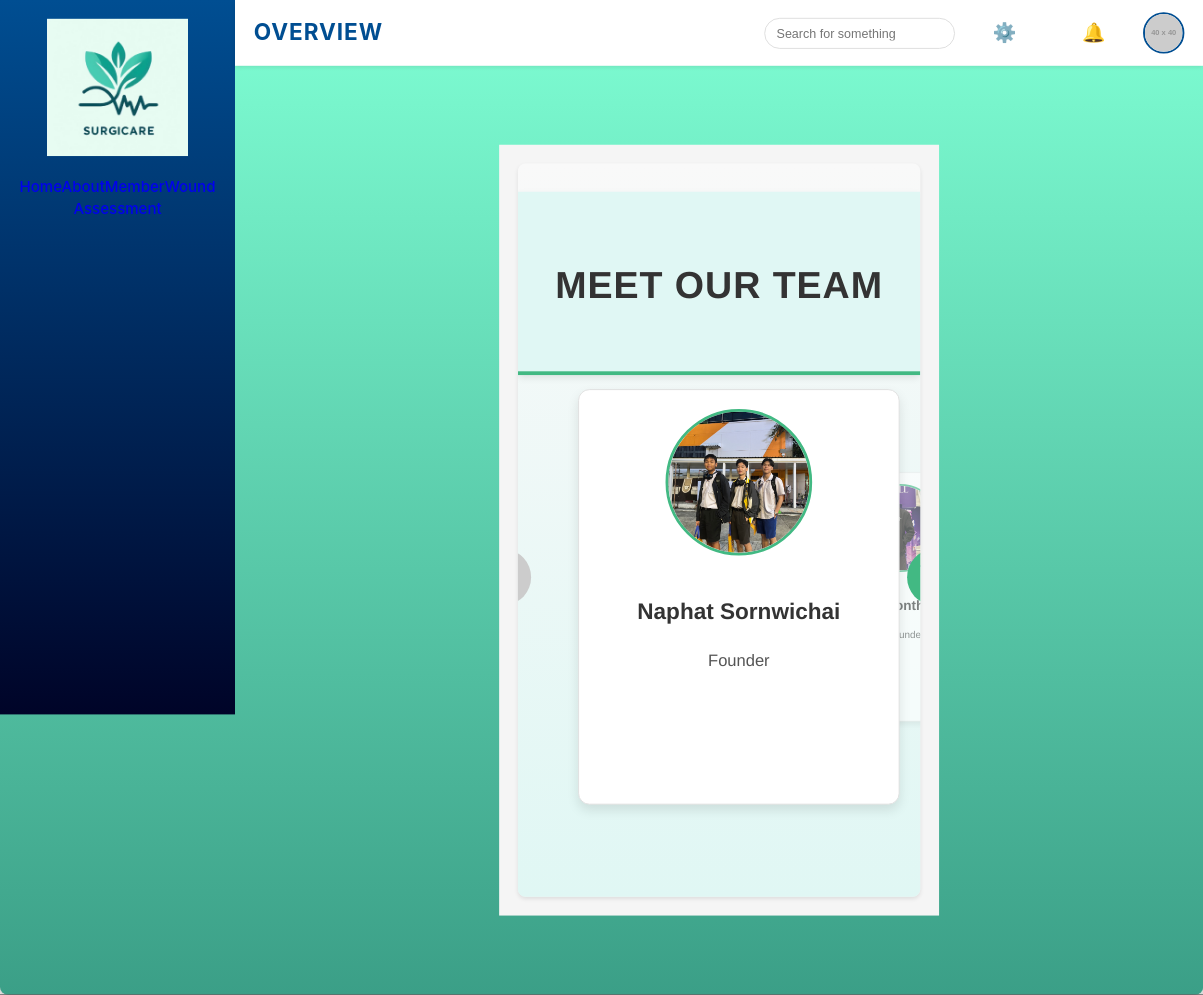
Repository: Jinwoo290350/Surgicare-Vue
Page: /member (app in surgicare/)
An editor plug-in stored every save of this project. The page is shown before and after the next save, followed by the edit.
The browser window is 1280 px wide. The pictures show the whole page, at 94% of full size.
The project was rebuilt for these pictures with package versions that can differ from the ones it lists, and the page was loaded fresh each time. Also part of the build but not shown: surgicare/vite.config.js, surgicare/src/views/Home.vue, surgicare/src/views/About.vue, surgicare/src/components/WoundAssessment.vue.

Above is the page before, as saved 2024-12-30 15:21:46.
Console error: TypeError: Cannot read properties of null (reading 'getContext')

### surgicare/index.html
<!doctype html>
<html lang="en">
  <head>
    <meta charset="UTF-8" />
    <link rel="icon" type="image/svg+xml" href="/vite.svg" />
    <meta name="viewport" content="width=device-width, initial-scale=1.0" />
    <title>Vite + Vue</title>
  </head>
  <body>
    <div id="app"></div>
    <script type="module" src="/src/main.js"></script>
  </script>
  <link href="https://fonts.googleapis.com/css2?family=Roboto:wght@400;500;700&display=swap" rel="stylesheet">

  <script type="text/javascript" src="./src/star.js"></script>
  </body>
</html>

### surgicare/src/main.js
import { createApp } from 'vue'
import './style.css'
import App from './App.vue'
import router from "./router";

createApp(App).use(router).mount("#app");

### surgicare/src/style.css
:root {
  font-family: Inter, system-ui, Avenir, Helvetica, Arial, sans-serif;
  line-height: 1.5;
  font-weight: 400;
  color-scheme: light dark;
  color: rgba(255, 255, 255, 0.87);
  background-color: #242424;
  font-synthesis: none;
  text-rendering: optimizeLegibility;
  -webkit-font-smoothing: antialiased;
  -moz-osx-font-smoothing: grayscale;
}

a {
  font-weight: 500;
  text-decoration: none;
  transition: color 0.3s ease-in-out;
}
a:hover {
  color: #535bf2; /* Blue hover effect */
}

body {
  margin: 0;
  display: flex;
  flex-direction: column;
  align-items: center;
  justify-content: center;
  min-width: 320px;
  min-height: 100vh;
  padding: 20px;
  background-color: #1f2d29;
  background-image: linear-gradient(to top, #3b9f87, #7fffd4);
  background-repeat: no-repeat;
  border-radius: 8px;
  box-shadow: 0 6px 12px rgba(0, 0, 0, 0.3);
}

h1 {
  font-size: 3em;
  line-height: 1.1;
  color: #fff;
  text-transform: uppercase;
  letter-spacing: 1px;
  margin-bottom: 0.5em;
  transition: transform 0.3s ease-in-out;
}
h1:hover {
  transform: scale(1.05); /* Slight hover effect */
}

button {
  border-radius: 8px;
  border: 1px solid transparent;
  padding: 0.8em 1.5em;
  font-size: 1em;
  font-weight: 500;
  background-color: #333;
  color: #fff;
  cursor: pointer;
  transition: all 0.3s ease;
}
button:hover {
  border-color: #646cff;
  background-color: #444;
  transform: translateY(-2px); /* Lift on hover */
}
button:focus,
button:focus-visible {
  outline: 4px auto -webkit-focus-ring-color;
}

.card {
  padding: 2em;
  background-color: #2a2a2a;
  border-radius: 12px;
  box-shadow: 0 4px 10px rgba(0, 0, 0, 0.4);
  transition: transform 0.3s ease;
}
.card:hover {
  transform: translateY(-5px); /* Lift on hover */
}

#app {
  max-width: 1280px;
  margin: 0 auto;
  padding: 2rem;
  text-align: center;
}

/* Media Queries for Responsiveness */
@media (max-width: 768px) {
  body {
    padding: 15px;
  }

  h1 {
    font-size: 2.4em; /* Smaller title for mobile screens */
  }

  button {
    padding: 0.6em 1.2em;
    font-size: 1em;
  }

  .card {
    padding: 1.5em;
  }

  #app {
    padding: 1.5rem;
  }
}

@media (max-width: 480px) {
  h1 {
    font-size: 2em; /* Further reduce title size */
  }

  button {
    padding: 0.5em 1em;
    font-size: 0.9em;
  }

  .card {
    padding: 1em;
  }
}

/* Light Mode Styles */
@media (prefers-color-scheme: light) {
  :root {
    color: #213547;
    background-color: #ffffff;
  }
  a:hover {
    color: #747bff;
  }
  button {
    background-color: #f9f9f9;
    color: #333;
  }
  .card {
    background-color: #f5f5f5;
    box-shadow: 0 2px 6px rgba(0, 0, 0, 0.1);
  }
}

### surgicare/src/App.vue
<template>
  <div id="app" class="app-container">
    <aside class="sidebar">
      <img src="/Users/frank/Vscode/Vue/surgicare/public/Icon_surgicare.png" alt="Logo" class="logo" />
      <nav class="menu">
        <router-link to="/">Home</router-link>
        <router-link to="/about">About</router-link>
        <router-link to="/member">Member</router-link>
        <router-link to="/wound-assessment">Wound Assessment</router-link>
      </nav>
    </aside>

    <header class="header">
      <h1>Overview</h1>
      <div class="header-tools">
        <input type="text" placeholder="Search for something" class="search-box" />
        <button class="settings-btn">⚙️</button>
        <button class="notifications-btn">🔔</button>
        <img src="https://via.placeholder.com/40" alt="Profile" class="profile-pic" />
      </div>
    </header>
    <main class="main-content">
      <router-view class="router-view" />
    </main>
  </div>
</template>

<script>
export default {
  name: "DashboardPage",
};
</script>
<style scoped>
/* General Styles */
body {
  margin: 0;
  font-family: 'Poppins', Arial, sans-serif;
}

/* Sidebar Styling */
.sidebar {
  position: fixed;
  top: 0;
  left: 0;
  width: 250px;
  height: 100%;
  background: linear-gradient(to bottom, #004e92, #000428);
  color: white;
  padding: 20px 0;
  display: flex;
  flex-direction: column;
  align-items: center;
  z-index: 1000;
}

.logo {
  width: 100%;
  max-width: 150px;
  margin-bottom: 20px;
}

.menu {
  width: 100%;
}

.menu-item {
  display: flex;
  align-items: center;
  text-decoration: none;
  color: white;
  font-size: 16px;
  padding: 10px 20px;
  margin-bottom: 10px;
  border-radius: 8px;
  transition: background 0.3s, transform 0.3s;
}

.menu-item i {
  margin-right: 10px;
}

.menu-item:hover {
  background: rgba(255, 255, 255, 0.2);
  transform: scale(1.05);
}

/* Header Styling */
.header {
  position: fixed;
  top: 0;
  left: 250px; /* Offset for the sidebar */
  right: 0;
  height: 70px;
  background: white;
  display: flex;
  justify-content: space-between;
  align-items: center;
  padding: 0 20px;
  box-shadow: 0 2px 5px rgba(0, 0, 0, 0.1);
  z-index: 1000;
}

.header h1 {
  font-size: 24px;
  color: #004e92;
  margin: 0;
}

.header-tools {
  display: flex;
  align-items: center;
}

.search-box {
  padding: 8px 12px;
  border: 1px solid #ddd;
  border-radius: 25px;
  margin-right: 10px;
  outline: none;
  transition: box-shadow 0.3s;
}

.search-box:focus {
  box-shadow: 0 0 10px rgba(0, 78, 146, 0.5);
}

.settings-btn,
.notifications-btn {
  background: none;
  border: none;
  font-size: 20px;
  color: #555;
  margin-right: 10px;
  cursor: pointer;
}

.profile-pic {
  width: 40px;
  height: 40px;
  border-radius: 50%;
  border: 2px solid #004e92;
}

/* Main Content Styling */
.main-content {
  margin-top: 70px; /* Header offset */
  margin-left: 250px; /* Sidebar offset */
  padding: 20px;
  background: #f5f5f5;
  min-height: calc(100vh - 70px);
}

.router-view {
  background: white;
  padding: 20px;
  border-radius: 8px;
  box-shadow: 0 2px 5px rgba(0, 0, 0, 0.1);
}
</style>

### surgicare/src/router/index.js
import { createRouter, createWebHistory } from "vue-router";

// Importing views and components
import Home from "../views/Home.vue";
import About from "../views/About.vue";
import Member from "../views/Member.vue";
import WoundAssessment from "../components/WoundAssessment.vue";

// Define the route configurations
const routes = [
  {
    path: "/",
    name: "Home",
    component: Home,
    meta: {
      title: "Home -  Surgicare",
    },
  },
  {
    path: "/about",
    name: "About",
    component: About,
    meta: {
      title: "About - Surgicare",
    },
  },
  {
    path: "/member",
    name: "Member",
    component: Member,
    meta: {
      title: "Member - Surgicare",
    },
  },
  {
    path: "/wound-assessment",
    name: "WoundAssessment",
    component: WoundAssessment,
    meta: {
      title: "Wound Assessment - Surgicare",
    },
  },
];

// Create the router instance
const router = createRouter({
  history: createWebHistory(),
  routes,
  scrollBehavior(to, from, savedPosition) {
    // Scroll to top on route change, unless saved position exists
    if (savedPosition) {
      return savedPosition;
    } else {
      return { top: 0 };
    }
  },
});

// Global navigation guard for dynamic document titles
router.beforeEach((to, from, next) => {
  document.title = to.meta.title || "Default App Title";
  next();
});

export default router;

### surgicare/src/views/Member.vue
<template>
  <div id="team-page">
    <div class="team-header">
      <h1>Meet Our Team</h1>
    </div>

    <!-- Card Slider with Hover Interaction -->
    <div class="member-card-container">
      <button
        class="nav-button left"
        @mouseover="hoverDirection = 'prev'"
        @mouseleave="hoverDirection = null"
        @click="prevMember"
        :disabled="currentIndex === 0"
      >
        ←
      </button>

      <div class="card-stack">
        <div
          v-for="(member, index) in members"
          :key="index"
          class="member-card"
          :class="{
            active: index === currentIndex,
            next: index === currentIndex + 1,
            prev: index === currentIndex - 1,
            'hovered-prev': hoverDirection === 'prev' && index === currentIndex - 1,
            'hovered-next': hoverDirection === 'next' && index === currentIndex + 1,
          }"
        >
          <img :src="member.photo" :alt="`Photo of ${member.name}`" class="member-photo" />
          <div class="member-info">
            <h2>{{ member.name }}</h2>
            <p>{{ member.role }}</p>
          </div>
        </div>
      </div>

      <button
        class="nav-button right"
        @mouseover="hoverDirection = 'next'"
        @mouseleave="hoverDirection = null"
        @click="nextMember"
        :disabled="currentIndex === members.length - 1"
      >
        →
      </button>
    </div>
  </div>
</template>

<script>
export default {
  data() {
    return {
      members: [
        {
          name: "Naphat Sornwichai",
          role: "Founder",
          photo: "Pogus.jpg",
          bio: "Founder of Surgicare with a vision for better healthcare solutions.",
        },
        {
          name: "Thanayot Monthichachat",
          role: "Co-founder",
          photo: "Zoe.jpg",
          bio: "Co-founder with a passion for innovation in the medical field.",
        },
        {
          name: "Veerapong Haphutiwat",
          role: "Co-founder",
          photo: "Frank.jpg",
          bio: "Dedicated to improving lives through cutting-edge technology.",
        },
        {
          name: "Peerada Rattanawong",
          role: "Co-founder",
          photo: "bio.jpg",
          bio: "An advocate for collaboration and excellence in healthcare.",
        },
      ],
      currentIndex: 0,
      hoverDirection: null, // Tracks hover direction ('prev' or 'next')
    };
  },
  methods: {
    nextMember() {
      if (this.currentIndex < this.members.length - 1) {
        this.currentIndex++;
      }
    },
    prevMember() {
      if (this.currentIndex > 0) {
        this.currentIndex--;
      }
    },
  },
};
</script>

<style scoped>
/* Base Styles */
#team-page {
  padding: 30px 20px;
  font-family: 'Helvetica Neue', sans-serif;
  background: linear-gradient(to bottom, #f9f9f9, #e0f7f4);
  min-height: 100vh;
  display: flex;
  flex-direction: column;
  align-items: center;
  position: relative;
  overflow: hidden;
}

.team-header {
  margin-bottom: 15px;
  text-align: center;
  padding: 50px 20px;
  background-color: #e0f7f4;
  border-bottom: 4px solid #42b983;
  width: 100%;
  max-width: 1200px;
  box-shadow: 0px 3px 8px rgba(0, 0, 0, 0.1);
}

.team-header h1 {
  font-size: 2.5rem;
  font-weight: bold;
  color: #333;
  text-transform: uppercase;
}

/* Card Container */
.member-card-container {
  display: flex;
  align-items: center;
  justify-content: center;
  gap: 20px;
  position: relative;
  width: 100%;
  max-width: 700px;
}

.card-stack {
  position: relative;
  width: 300px;
  height: 400px;
  perspective: 1000px;
  z-index: 1;
}

.member-card {
  position: absolute;
  width: 100%;
  height: 100%;
  border: 1px solid #e0e0e0;
  border-radius: 12px;
  background-color: #fff;
  box-shadow: 0 6px 12px rgba(0, 0, 0, 0.1);
  transition: transform 0.3s ease, opacity 0.3s ease, z-index 0.3s ease;
  text-align: center;
  padding: 20px;
  opacity: 0;
}

.member-card.active {
  z-index: 3;
  transform: translateX(0) scale(1);
  opacity: 1;
}

.member-card.next {
  z-index: 2;
  transform: translateX(50%) scale(0.6);
  opacity: 0.6;
}

.member-card.prev {
  z-index: 2;
  transform: translateX(-50%) scale(0.6);
  opacity: 0.6;
}

.member-card.hovered-next {
  z-index: 1;
  transform: translateX(30%) translateY(-10%) scale(0.7);
  opacity: 0.8;
}

.member-card.hovered-prev {
  z-index: 1;
  transform: translateX(-30%) translateY(-10%) scale(0.7);
  opacity: 0.8;
}

.member-photo {
  width: 150px;
  height: 150px;
  object-fit: cover;
  border-radius: 50%;
  margin: 0 auto 15px;
  border: 3px solid #42b983;
}

.member-info h2 {
  font-size: 1.5rem;
  font-weight: bold;
  color: #333;
}

.member-info p {
  font-size: 1.1rem;
  color: #555;
}

.nav-button {
  font-size: 1.5rem;
  color: #fff;
  background-color: #42b983;
  border: none;
  border-radius: 50%;
  padding: 15px;
  cursor: pointer;
  transition: background-color 0.3s ease;
  z-index: 10;
  position: absolute;
  top: 50%;
  transform: translateY(-50%);
}

.nav-button.left {
  left: -60px;
}

.nav-button.right {
  right: -60px;
}

.nav-button:hover {
  background-color: #369a6c;
}

.nav-button:disabled {
  background-color: #ccc;
  cursor: not-allowed;
}

html, body {
  overflow-x: hidden;
}
</style>

### surgicare/src/star.js
const canvas = document.querySelector('canvas')
const c = canvas.getContext('2d')

canvas.width = innerWidth
canvas.height = innerHeight

window.addEventListener("resize", function() {
    canvas.width = window.innerWidth;
    canvas.height = window.innerHeight;
    init()
})
function Star(x, y, radius, color) {
    this.x = x
    this.y = y
    this.radius = radius
    this.color = color
    this.velocity = {
        x: (Math.random() - 0.5) * 8,
        y: 3
    }
    this.friction = 0.8
    this.gravity = 1
}

Star.prototype.draw = function() {
    c.save()
    c.beginPath()
    c.arc(this.x, this.y, this.radius, 0, Math.PI * 2, false)
    c.fillStyle = this.color
    c.shadowColor = '#E3EAEF'
    c.shadowBlur = 20
    c.fill()
    c.closePath()
    c.restore()
}

Star.prototype.update = function() {
    this.draw()

    //When ball hits bottom of screen
    if(this.y + this.radius + this.velocity.y > canvas.height - groundHeight){
        this.velocity.y = -this.velocity.y * this.friction
        this.shatter()
    }
    else{
        this.velocity.y += this.gravity
    }

    //Hits side of screen
    if(this.x + this.radius + this.velocity.x > canvas.width || this.x - this.radius <= 0){
        this.velocity.x = -this.velocity.x * this.friction
        this.shatter()
    }

    this.x += this.velocity.x
    this.y += this.velocity.y

}

Star.prototype.shatter = function(){
    this.radius -= 3
    for(let i = 0; i < 8; i++){
        miniStars.push(new MiniStar(this.x, this.y, 2))
    }

}

function MiniStar(x, y, radius, color){
    Star.call(this, x, y, radius, color)
    this.velocity = {
        x: (Math.random() - 0.5) * 10,
        y: (Math.random() - 0.5) * 30
    }
    this.friction = 0.8
    this.gravity = 0.1
    this.ttl = 100
    this.opacity = 1
}

MiniStar.prototype.draw = function() {
    c.save()
    c.beginPath()
    c.arc(this.x, this.y, this.radius, 0, Math.PI * 2, false)
    c.fillStyle = `rgba(227,234, 239, ${this.opacity})`
    c.shadowColor = '#E3EAEF'
    c.shadowBlur = 20
    c.fill()
    c.closePath()
    c.restore()
}

MiniStar.prototype.update = function() {
    this.draw()

    if(this.y + this.radius + this.velocity.y > canvas.height - groundHeight){
        this.velocity.y = -this.velocity.y * this.friction
    }
    else{
        this.velocity.y += this.gravity
    }

    this.x += this.velocity.x
    this.y += this.velocity.y
    this.ttl -= 1
    this.opacity -= 0.0001 * this.ttl
}

function creatMountainRange(mountainAmount, height, color){
    for(let i = 0; i < mountainAmount; i++){
        const mountainWidth = canvas.width / mountainAmount
        c.beginPath()
        c.moveTo(i * mountainWidth, canvas.height)
        c.lineTo(i * mountainWidth + mountainWidth + 0.2*canvas.height, canvas.height)
        c.lineTo(i * mountainWidth + mountainWidth / 2, canvas.height - height)
        c.lineTo(i * mountainWidth - 0.2*canvas.height, canvas.height)
        c.fillStyle = color
        c.fill()
        c.closePath()
    }
}

// Implementation
const backgroundGradient = c.createLinearGradient(0, 0, canvas.width, canvas.height)
backgroundGradient.addColorStop(0, '#171e26')
backgroundGradient.addColorStop(1, '#3f586b')

let stars
let miniStars
let backgroundStars
let ticker = 0
let randomSpawnRate = 75
const groundHeight = 0.09 * canvas.height
let inf = 1e9
function init() {
    stars = []
    miniStars = []
    backgroundStars = []

    for(let i = 0; i < 200; i++){
        const x = Math.random() * canvas.width
        const y = Math.random() * canvas.height
        const radius = Math.random() * 3
        backgroundStars.push(new Star(x, y, radius, 'white'))
    }
}

// Animation Loop
function animate() {
    c.clearRect(0, 0, 0, canvas.height)
    c.fillStyle = backgroundGradient
    c.fillRect(0, 0, canvas.width, canvas.height)

    backgroundStars.forEach(backgroundStar => {
        backgroundStar.draw()
    })

    if(flag) creatMountainRange(1, canvas.height * 0.7, '#384551')
    if(flag) creatMountainRange(2, canvas.height * 0.6, '#2B3843')
    if(flag) creatMountainRange(3, canvas.height * 0.4, '#26333E')
    c.fillStyle = '#182028'
    c.fillRect(0, canvas.height - groundHeight, canvas.width, groundHeight)
    stars.forEach((star, index) => {
        star.update();
        if(star.radius == 0){
            stars.splice(index, 1)
        }
    });

    miniStars.forEach((miniStar, index) => {
        miniStar.update();
        if(miniStar.ttl == 0){
            miniStars.splice(index, 1)
        }
    });

    ticker++
    if(ticker >= inf){
        ticker = 0
    }
    if(ticker % randomSpawnRate == 0){
        const radius = 9
        const x = Math.max(radius, Math.random() * canvas.width - radius)
        stars.push(new Star(x, -100, 9, '#E3EAEF'))
        randomSpawnRate = Math.floor(Math.random() * (200 - 125 + 1) + 125)
    }

    requestAnimationFrame(animate)
}

init()
animate()

After the next save:
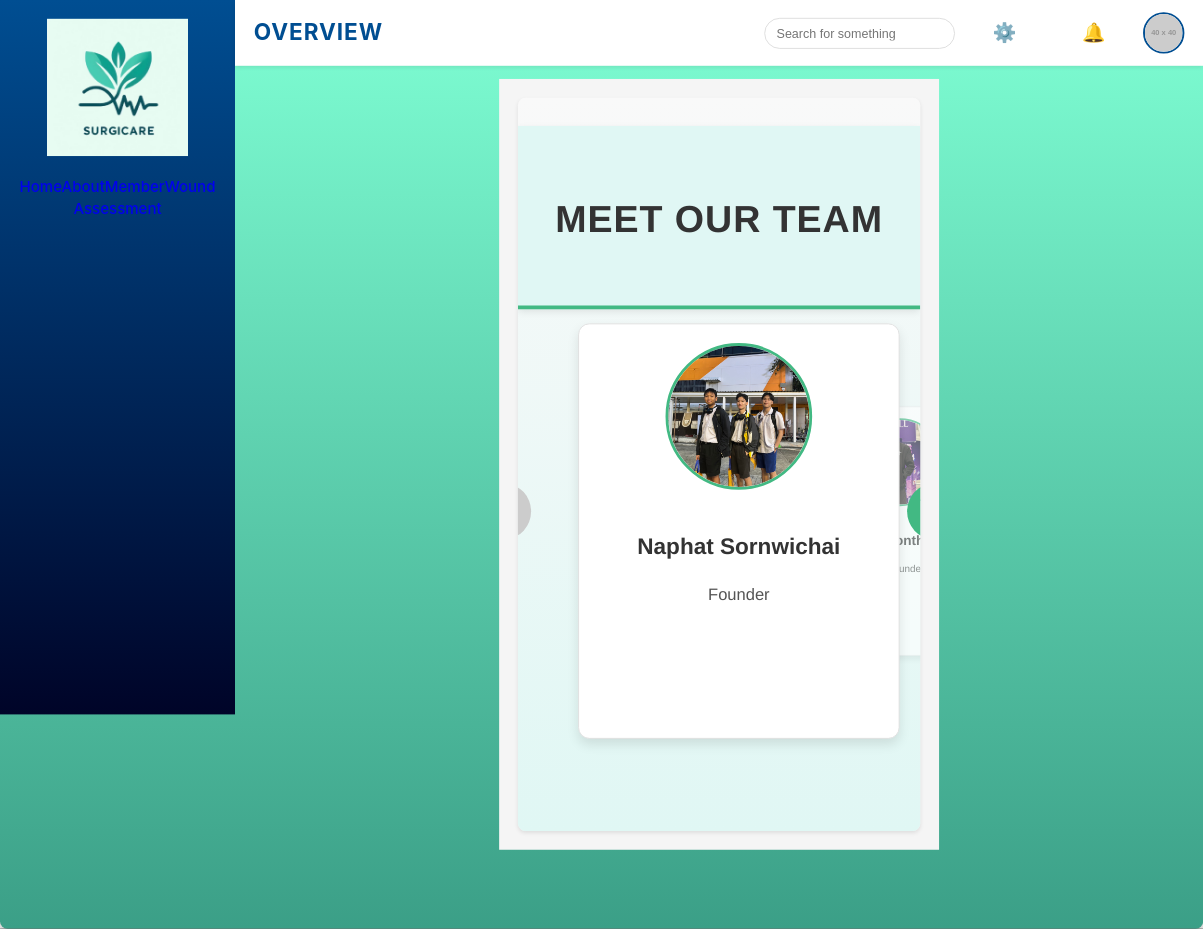
Saved 10 s later.
--- a/surgicare/src/App.vue
+++ b/surgicare/src/App.vue
@@ -143,7 +143,7 @@ body {
 
 /* Main Content Styling */
 .main-content {
-  margin-top: 70px; /* Header offset */
+  margin-top: 0px; /* Header offset */
   margin-left: 250px; /* Sidebar offset */
   padding: 20px;
   background: #f5f5f5;
